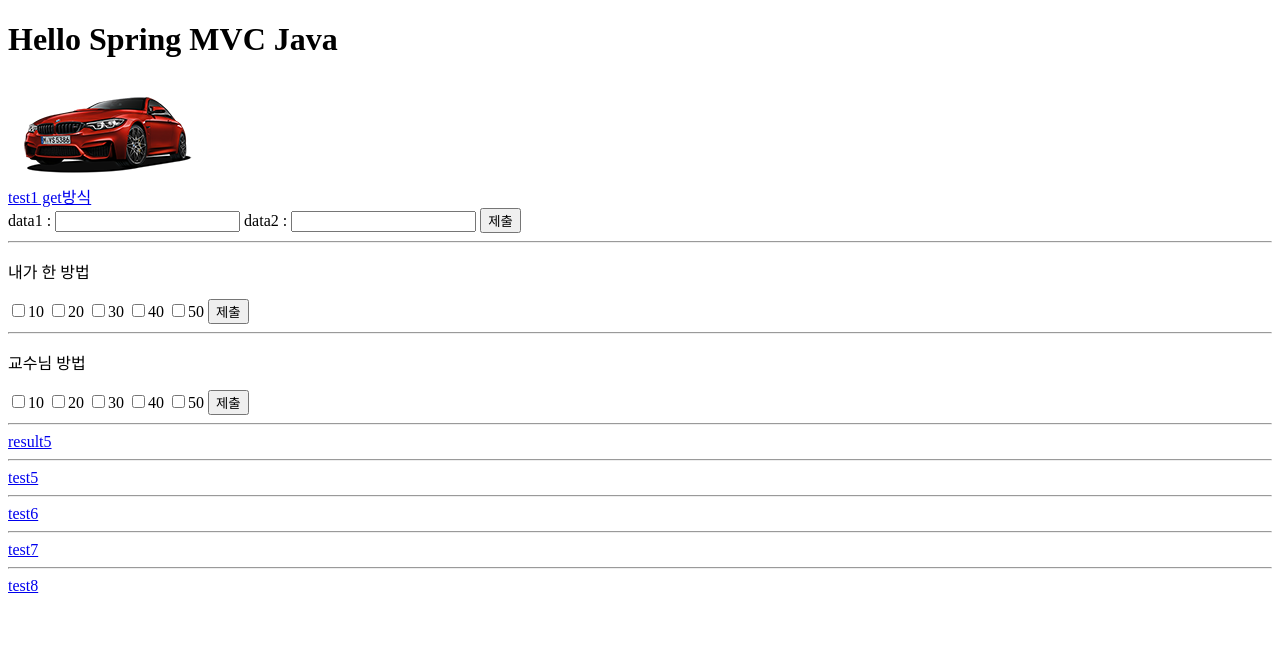
Repository: kangseongwuk/Spring
Page: http://localhost/WebSpringSample3_parameter/WEB-INF/views/index.jsp
An editor plug-in stored every save of this project. The page is shown before and after the next save, followed by the edit.
The browser window is 1280 px wide. The pictures show the whole page.
The page is served by Tomcat 9. Nobody is signed in. The template is opened directly, without the code that normally fills it, so the values that code supplies are empty.

Above is the page before, as saved 2022-10-11 06:34:15.
Console error: TypeError: Cannot read properties of null (reading 'checked')

After the next save:
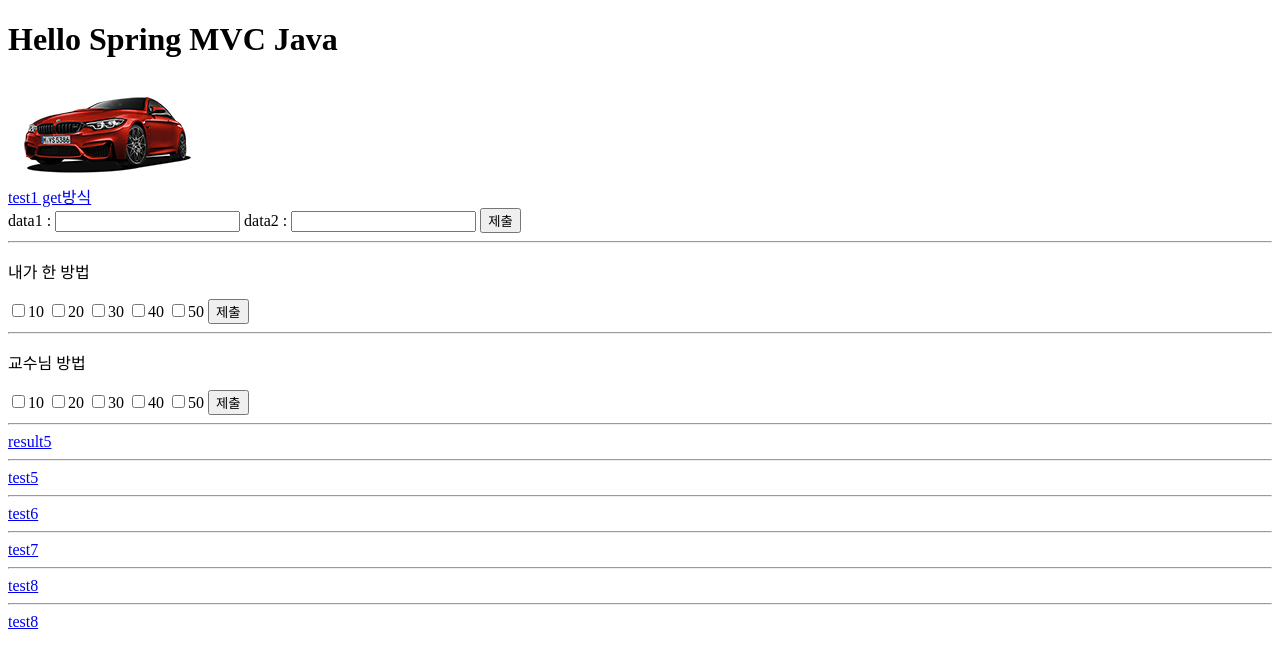
Saved 22 s later.
--- a/WebSpringSample3_parameter/src/main/webapp/WEB-INF/views/index.jsp
+++ b/WebSpringSample3_parameter/src/main/webapp/WEB-INF/views/index.jsp
@@ -67,6 +67,8 @@
 	<a href="test6?data1=100&data2=200&data3=300&data4=400&data5=500">test6</a>
 	<hr>
 	<a href="test7?data1=100&data2=200&data3=300&data4=400&data5=500">test7</a>
+	<hr>
+	<a href="test8?data1=100&data2=200&data3=300">test8</a>
 	<hr>
 	<a href="test8?data1=100&data2=200&data3=300">test8</a>
 
